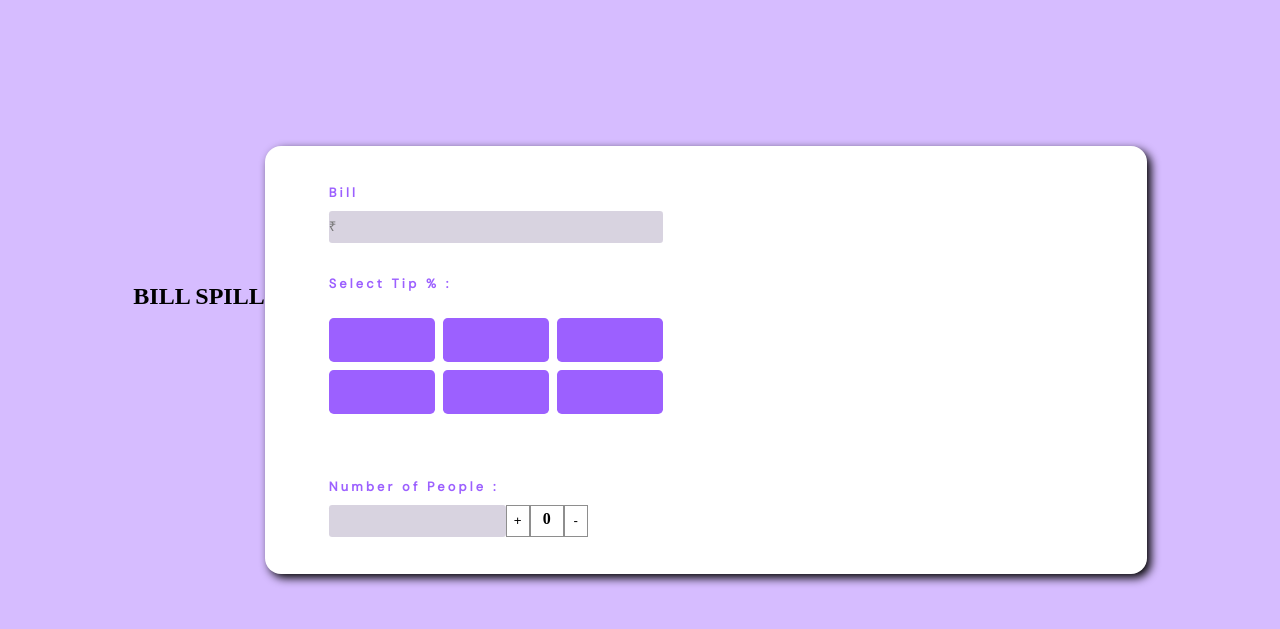
Repository: drumsmanku/micro-project-3
Page: index.html
These files come from the project's save history. The page is drawn as it stood at one moment and after the next save; the edit follows.
The browser window is 1280 px wide. The pictures show the whole page.

Above is the page before, as saved 2023-04-17 19:06:49.

### index.html
<!DOCTYPE html>
<html lang="en">
<head>
  <meta charset="UTF-8">
  <meta http-equiv="X-UA-Compatible" content="IE=edge">
  <meta name="viewport" content="width=device-width, initial-scale=1.0">
  <link rel="stylesheet" href="styles.css">
  <title>Bill Spill</title>
</head>
<body>
  <main>
    <h2>BILL SPILL</h2>
    <div class="entire-container">
      <div class="left-inside-container">
          <label for="amount">Bill</label>
          <input type="number" name="total" id="total-bill" placeholder="₹" >
          <div class="select-container">
            <label for="tip">Select Tip % :</label>
            <div class="button-containers">
              <button class="bt-1 sizing"></button>
              <button class="bt-2 sizing"></button>
              <button class="bt-3 sizing"></button>
              <button class="bt-4 sizing"></button>
              <button class="bt-5 sizing"></button>
              <button class="bt-6 sizing"></button>
            </div>
          </div>
          <label for="people">Number of People : </label>
          <div class="people-container">
            <input type="number" name="people" id="people-number">
            <button id="add-people">+</button>
            <h4 class="center-text">0</h4>
            <button id="sub-people">-</button>
          </div>
      </div>


      <div class="right-inside-container"></div>
    </div>
  </main>
</body>
</html>

### styles.css
@import url('https://fonts.googleapis.com/css2?family=DM+Sans&display=swap');
/* font-family: 'DM Sans', sans-serif; */
*{
  padding: 0;
  margin: 0;
}

main{
  width: 100%;
  height: 100vh;
  display: flex;
  justify-content: center;
  align-items: center;
  background-color:  #D6BCFF;
}

main>h2{
  position: relative;
  top: -4rem;
}

.entire-container{
  width: 818px;
  height: 428px;
  background-color: white;

  display: flex;
  padding-left: 4rem;
  flex-direction: row;
  border-radius: 1rem;
  box-shadow: 4px 4px 10px black;
}

.left-inside-container{
  display: flex;
  flex-wrap: wrap;
  flex-direction: column;
  justify-content: center;
}

.button-containers{
  display: grid;
  grid-template-columns: repeat(3, minmax(0,1fr));
  grid-template-rows: repeat(2, minmax(0,1fr));
  grid-gap: 0.5rem;
  margin-top: 1rem;
}

.sizing{
  width: 106px;
  height: 44px;
  border: none;
  background-color: #9C60FF;
  border-radius: 0.3rem;
}
.people-container{
  display: flex;
  flex-direction: row;
}
.people-container>h4{
  border: 1px solid #8E8E8E;
  width: 2rem;
  text-align: center;
  padding-top: 4px;
}
.people-container>button{
  background: none;
  border: 1px solid #8E8E8E;
  width: 1.5rem;
}

.select-container{
  display: flex;
  flex-direction: column;
  margin: 2rem 0 4rem 0;
}
input{
  border-radius: 0.2rem;
  border: none;
  background-color: rgba(182, 172, 196, 0.53);
  height: 2rem;
}
label{
  color: #9C60FF;
  font-size: 0.8rem;
  font-family: 'DM Sans';
  font-weight: bold;
  letter-spacing: 0.2rem;
  margin-bottom: 10px;
}

After the next save:
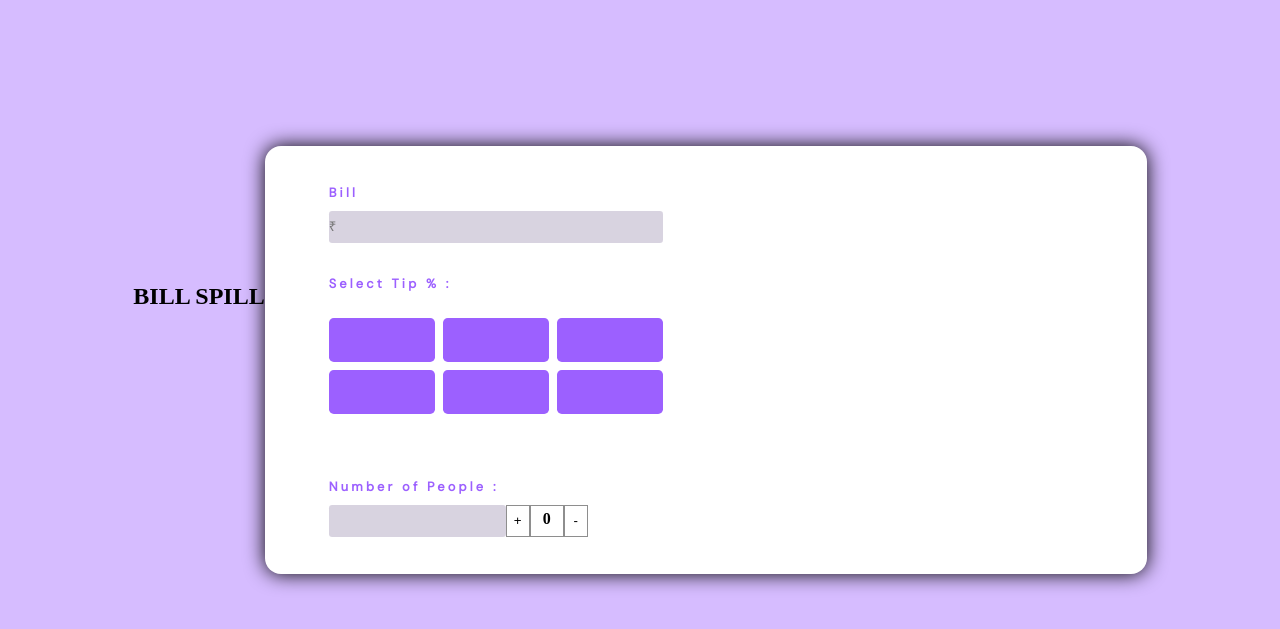
Saved 31 s later.
--- a/styles.css
+++ b/styles.css
@@ -28,7 +28,7 @@ main>h2{
   padding-left: 4rem;
   flex-direction: row;
   border-radius: 1rem;
-  box-shadow: 4px 4px 10px black;
+  box-shadow: 0 0 20px black;
 }
 
 .left-inside-container{
